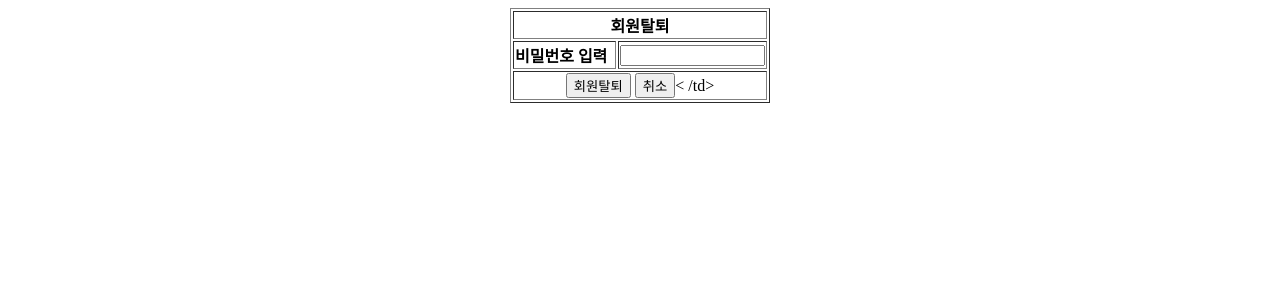
Repository: tomaters/servlets-JSP
Page: http://localhost/jsptest/mvcMem/deleteForm.jsp
The author's editor kept a copy of each file at every save. The page is drawn from the files as they stood at one save, then again after the next save.
The browser window is 1280 px wide. The pictures show the whole page.
The page is served by Tomcat 10.

Above is the page before, as saved 2023-12-11 06:22:34.
Console error: TypeError: Cannot read properties of undefined (reading 'pass')

After the next save:
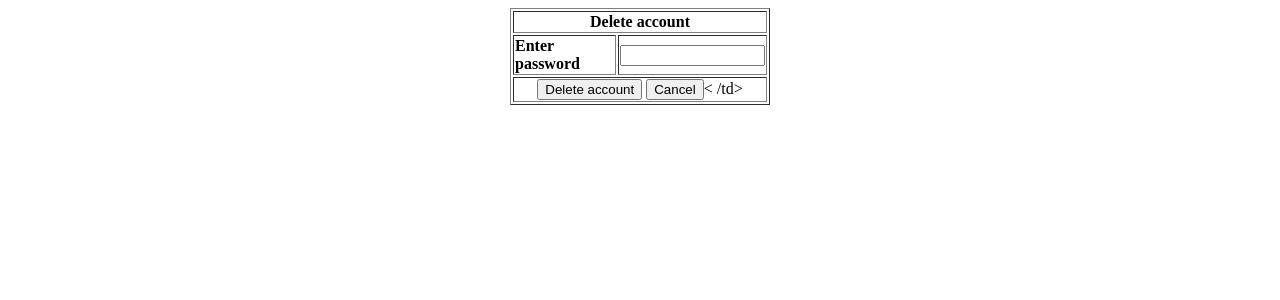
Saved 23 s later.
--- a/jsptest/src/main/webapp/mvcMem/deleteForm.jsp
+++ b/jsptest/src/main/webapp/mvcMem/deleteForm.jsp
@@ -3,7 +3,7 @@
 <html>
 <head>
 <meta http-equiv="Content-Type" content="text/html; charset=EUC-KR">
-<title>회원탈퇴</title>
+<title>Delete account</title>
 <script type="text/javascript">
 	function checkIt() {
 		if (!document.myForm.pass.value) {
@@ -20,15 +20,15 @@
 		onsubmit="return checkIt()">
 		<table width="260" border="1" align="center">
 			<tr>
-				<td colspan="2" align="center"><b>회원탈퇴</b></td>
+				<td colspan="2" align="center"><b>Delete account</b></td>
 			</tr>
 			<tr>
-				<td width="150"><b>비밀번호 입력</b></td>
+				<td width="150"><b>Enter password</b></td>
 				<td width="110"><input type="password" name="pass" size="15"></td>
 			</tr>
 			<tr>
 				<td colspan="2" align="center"><input type="submit"
-					value="회원탈퇴"> <input type="button" value="취소"
+					value="Delete account"> <input type="button" value="Cancel"
 					onclick="javascript:window.location.href='member.mdo?cmd=login'"><
 					/td>
 			</tr>
